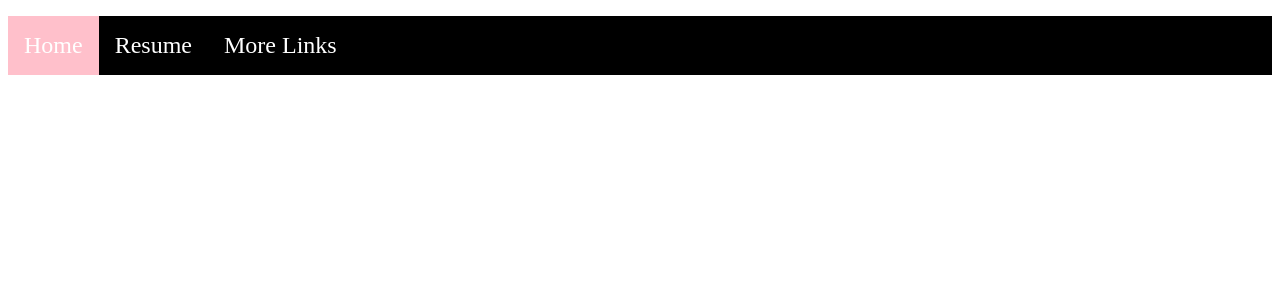
Repository: Luis6969/Luis6969.github.io
Page: resume.html
The author's editor kept a record of every edit. The page is drawn from the files as they stood at one moment, then again after the next edit.
The browser window is 1280 px wide. The pictures show the whole page.
The pointer rests on the first visible `.navbar li`.

Above is the page before.

After the next edit:
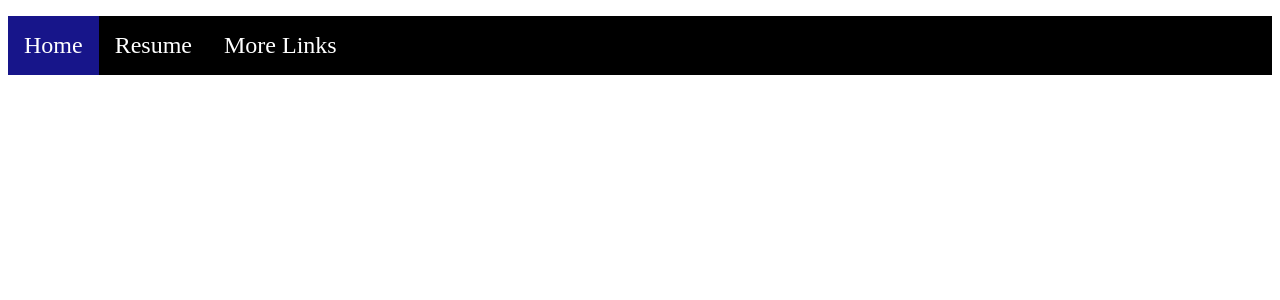
The edit:
--- a/resume.html
+++ b/resume.html
@@ -23,7 +23,7 @@
     }
 
     .navbar li:hover{
-      background-color: pink;
+      background-color: #17158a
     }
 
     .dropdown-content{
